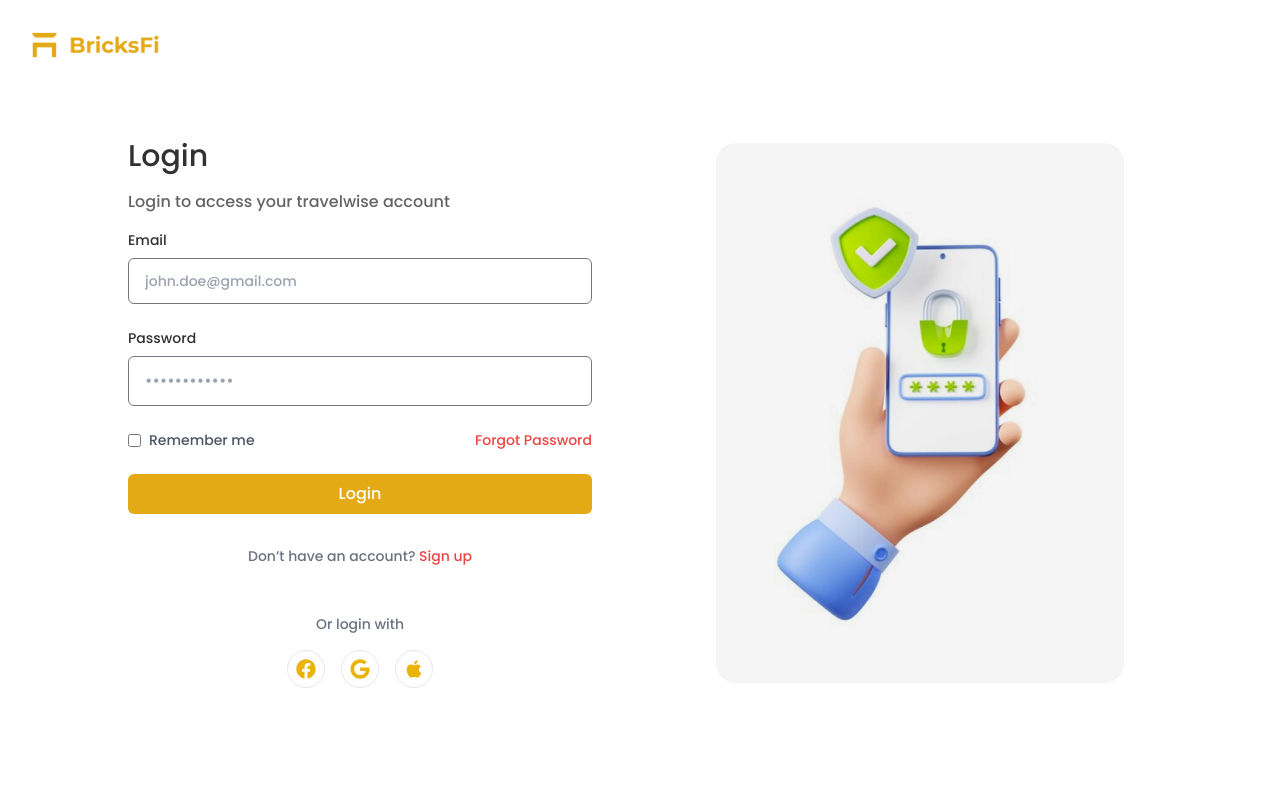
Repository: AyomideAkintade/BricksFi-Frontend
Page: /login (app in client/)
These files come from the project's save history. The page is drawn as it stood at one moment and after the next save; the edit follows.
The browser window is 1280 px wide. The pictures show the whole page.
The project was rebuilt for these pictures with package versions that can differ from the ones it lists, and the page was loaded fresh each time. Also part of the build but not shown: client/src/components/navbar.jsx, client/src/components/home.jsx, client/src/components/homeSecond.jsx, client/src/components/homeThird.jsx, client/src/components/homeFifth.jsx, client/src/components/homeSixth.jsx, client/src/components/homeSeventh.jsx, client/src/components/signup.jsx and 14 more.

Above is the page before, as saved 2024-10-04 22:06:48.

After the next save:
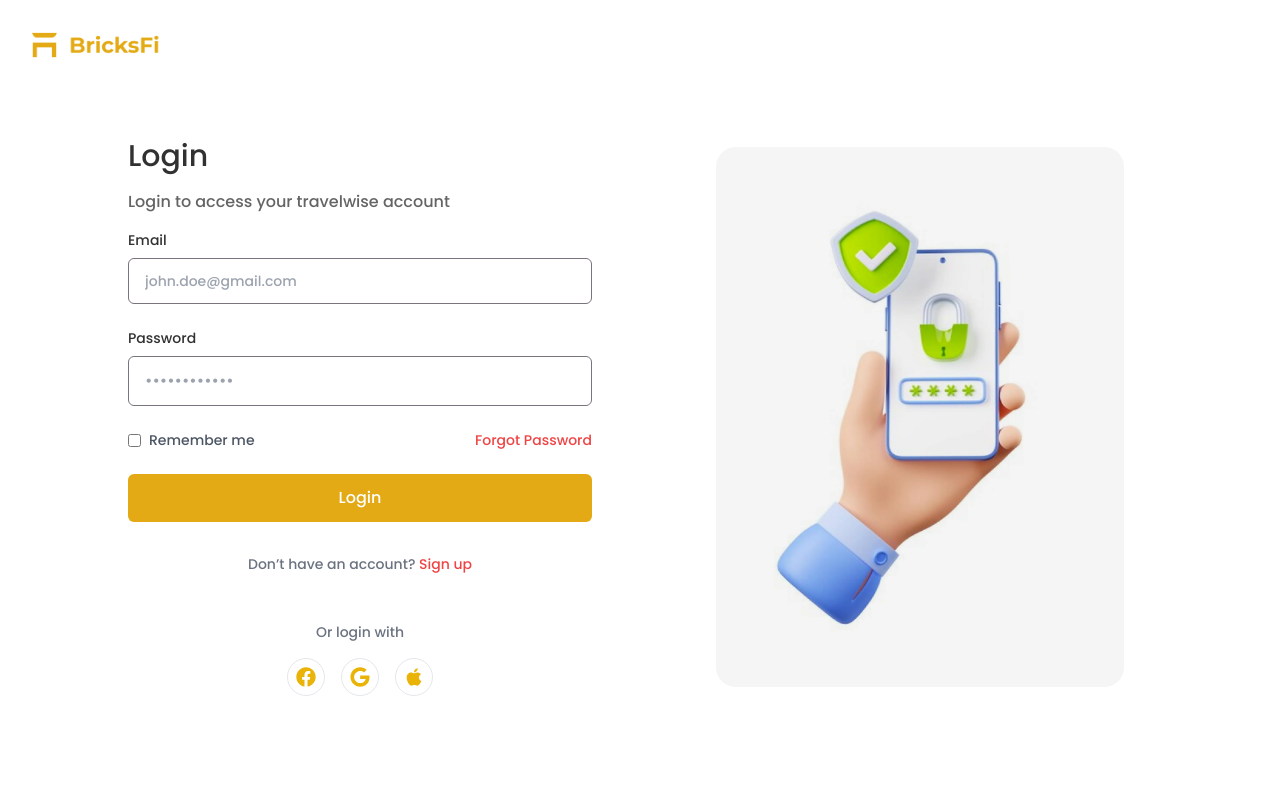
Saved 11 s later.
--- a/client/src/components/login.jsx
+++ b/client/src/components/login.jsx
@@ -69,7 +69,7 @@ const LoginPage = () => {
                 </Link>
               </div>
 
-              <button  onClick={handleLoginClick} className="w-full bg-[#E4AA15] text-white py-2 rounded-md hover:bg-[#E4AA15] transition duration-200">
+              <button  onClick={handleLoginClick} className="w-full bg-[#E4AA15] text-white py-3 rounded-md  transition duration-200">
                 Login
               </button>
             </form>
